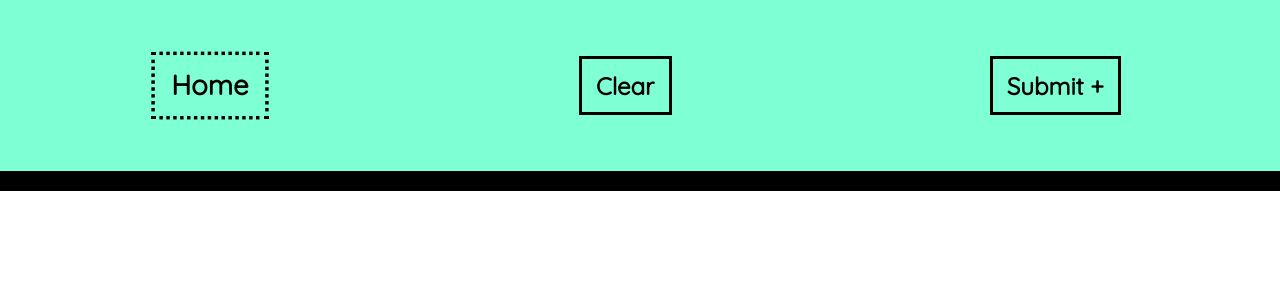
Repository: rickypcyt/WebMural
Page: /
These files come from the project's save history. The page is drawn as it stood at one moment and after the next save; the edit follows.
The browser window is 1280 px wide. The pictures show the whole page.
The pointer rests on the first visible `.oli`.
The project was rebuilt for these pictures with package versions that can differ from the ones it lists, and the page was loaded fresh each time.

Above is the page before, as saved 2022-09-12 13:29:17.

### src/index.js
import React from "react";
import ReactDOM from "react-dom/client";
import "./index.css";
import WebMural from "./Pages/WebMural";
import reportWebVitals from "./reportWebVitals";
import { BrowserRouter, Routes, Route, Switch } from "react-router-dom";

const root = ReactDOM.createRoot(document.getElementById("root"));
root.render(
  <React.StrictMode>
    <BrowserRouter>
      <WebMural />
    </BrowserRouter>
  </React.StrictMode>
);

// If you want to start measuring performance in your app, pass a function
// to log results (for example: reportWebVitals(console.log))
// or send to an analytics endpoint. Learn more: https://bit.ly/CRA-vitals
reportWebVitals();

### src/index.css
@import url("https://fonts.googleapis.com/css2?family=Quicksand");

input[type="file"] {
  display: none;
}
.container {
  top: 0%;
  left: 0%;
}
::marker {
  display: none;
}
.image-container {
  width: 100%;
  margin: auto;
  display: flex;
  flex-direction: row;
  justify-content: space-evenly;
  gap: 15px;
  padding: 10px;
  background-color: black;
}

body {
  line-height: 1;
  font-family: "Quicksand";
  font-size: large;
  margin: 0%;
  padding: 0%;
}
main {
  top: 10%;
}
ol {
  list-style: none;
  display: flex;
  padding: 0;
  align-items: flex-start;
  justify-content: space-around;
  display: flex;
  flex-wrap: wrap;
  align-content: center;
}
.content {
  position: absolute;
  right: calc(var(--pad) * 2);
  bottom: calc(var(--pad) * 2);
  white-space: nowrap;
}
.parrafo {
  line-height: 1.5;
  text-align: end;
  font-size: larger;
}
.parrafo span {
  display: block;
}
.titulo {
  margin: 0;
}
.oli {
  font-weight: bold;
  border-style: solid;
  font-size: x-large;
  padding: 1ch;
}
.descripcion {
  font-weight: lighter;
  font-style: oblique;
}
.oli:hover {
  color: black;
  border-style: dotted;
}
.page {
  padding-top: 2%;
  padding-bottom: 3%;
}
.pageContact {
  padding-top: 8%;
  padding-bottom: 9%;
}
.cabeceranavi {
  padding-bottom: 3%;
  padding-top: 3%;
  background-color: aquamarine;
}
p {
  font-weight: bold;
}
a {
  color: black;
  text-decoration: none;
  padding: 0ch;
}
span {
  font-size: larger;
}
li {
  width: 7%;
  height: 10%;
}
ul {
  list-style-type: none;
  margin: 0%;
  display: flex;
  align-items: center;
  flex-direction: row;
  padding-top: 5%;
  padding-bottom: 5%;
  padding-left: 0%;
  justify-content: space-around;
}
.imagenes {
  display: block;
  height: auto;
  width: auto;
  padding-top: 5%;
  padding-bottom: 5%;
}

.imagenesproyect {
  position: relative;
}
.fixer {
  display: flex;
  flex-direction: row;
  justify-content: space-evenly;
  padding-bottom: 3%;
}
.overlay {
  position: absolute;
  top: 0.83cm;

  background: rgb(0, 0, 0);
  background: rgb(2, 0.3, 0.9, 0.6); /* Black see-through */
  color: #f1f1f1;
  width: 100%;
  transition: 0.5s ease;
  color: white;
  text-align: center;
  font-size: 20px;
  padding-top: 20px;
  padding-bottom: 20px;
  opacity: 0;
}
.imagenesproyect:hover .overlay {
  opacity: 1;
}
.overlay2 {
  position: absolute;
  bottom: 8%;
  background: rgb(0, 0, 0);
  background: rgba(40, 40, 40, 0.6); /* Black see-through */
  color: #f1f1f1;
  width: 100%;
  transition: 0.5s ease;
  color: white;
  text-align: center;
  font-size: 20px;
  padding-top: 20px;
  padding-bottom: 20px;
  opacity: 0;
}
.imagenesproyect:hover .overlay2 {
  opacity: 1;
}

.homeinfo {
  font-size: x-large;
}

@media screen and (max-width: 1340px) {
  .fixer {
    flex-direction: column;
    justify-content: center;
  }
  .imagenes {
    height: auto;
    width: 100%;
  }
  ol {
  }
}

.image-container {
  width: auto;
  margin: auto;
  /* display: flex; */
  flex-wrap: wrap;
  gap: 15px;
  padding: 10px;
}

.image-container img {
  max-width: 100%;
  max-height: 225px;
}

.container .image-container .image {
  border: 4px solid black;
  overflow: hidden;
  /* cursor: pointer; */
}

.container .image-container .image img {
  height: 100%;
  width: 100%;
}
@media (max-width: 700px) {
  .image-container img {
    max-height: -10px;
  }
}

.image:hover {
  transform: scale(
    1.15
  ); /* (150% zoom - Note: if the zoom is too large, it will go outside of the viewport) */
}

.oli:hover {
  transform: scale(
    1.15
  ); /* (150% zoom - Note: if the zoom is too large, it will go outside of the viewport) */
}

### src/Pages/WebMural.js
import React, { useState } from "react";
import { Link, useMatch, useResolvedPath } from "react-router-dom";

const UploadAndDisplayImage = () => {
  const [selectedFiles, setSelectedFiles] = useState([]);
  const handleImageChange = (e) => {
    setSelectedFiles([]);
    if (e.target.files) {
      const filesArray = Array.from(e.target.files).map((file) =>
        URL.createObjectURL(file)
      );
      setSelectedFiles((prevImages) => prevImages.concat(filesArray));
      Array.from(e.target.files).map((file) => URL.revokeObjectURL(file));
    }
  };

  const renderPhotos = (source) => {
    return source.map((photo) => {
      return (
        <div class="container">
          <figure class="image-container">
            <img className="image" src={photo} alt="" key={photo} />
          </figure>
        </div>
      );
    });
  };

  return (
    <main>
      <nav className="cabeceranavi">
        <ol>
          <div CustomLink to="/" className="oli">
            Home
          </div>
          <nav className="oli" onClick={() => handleImageChange(null)}>
            Clear
          </nav>
          <label for="upload-button">
            <nav>
              <input
                type="file"
                id="upload-button"
                multiple="multiple"
                accept="image/*"
                onChange={handleImageChange}
              />
              <div class="oli"> Submit + </div>
            </nav>
          </label>
        </ol>
      </nav>
      {selectedFiles && (
        <div>
          <div class="image-container">{renderPhotos(selectedFiles)}</div>
        </div>
      )}
    </main>
  );
};

export default UploadAndDisplayImage;

function CustomLink({ to, children, ...props }) {
  const resolvedPath = useResolvedPath(to);
  const isActive = useMatch({ path: resolvedPath.pathname, end: true });
  return (
    <li className={isActive ? "active" : ""}>
      <Link to={to} {...props}>
        {children}
      </Link>
    </li>
  );
}

Loaded but not shown: public/index.html (common file); src/reportWebVitals.js (common file); public/manifest.json (common file)

After the next save:
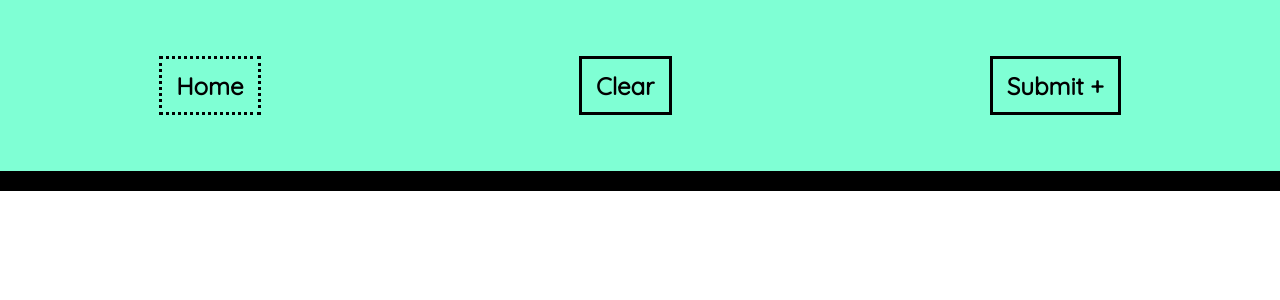
Saved 17 s later.
--- a/src/index.css
+++ b/src/index.css
@@ -218,9 +218,3 @@ ul {
     1.15
   ); /* (150% zoom - Note: if the zoom is too large, it will go outside of the viewport) */
 }
-
-.oli:hover {
-  transform: scale(
-    1.15
-  ); /* (150% zoom - Note: if the zoom is too large, it will go outside of the viewport) */
-}
